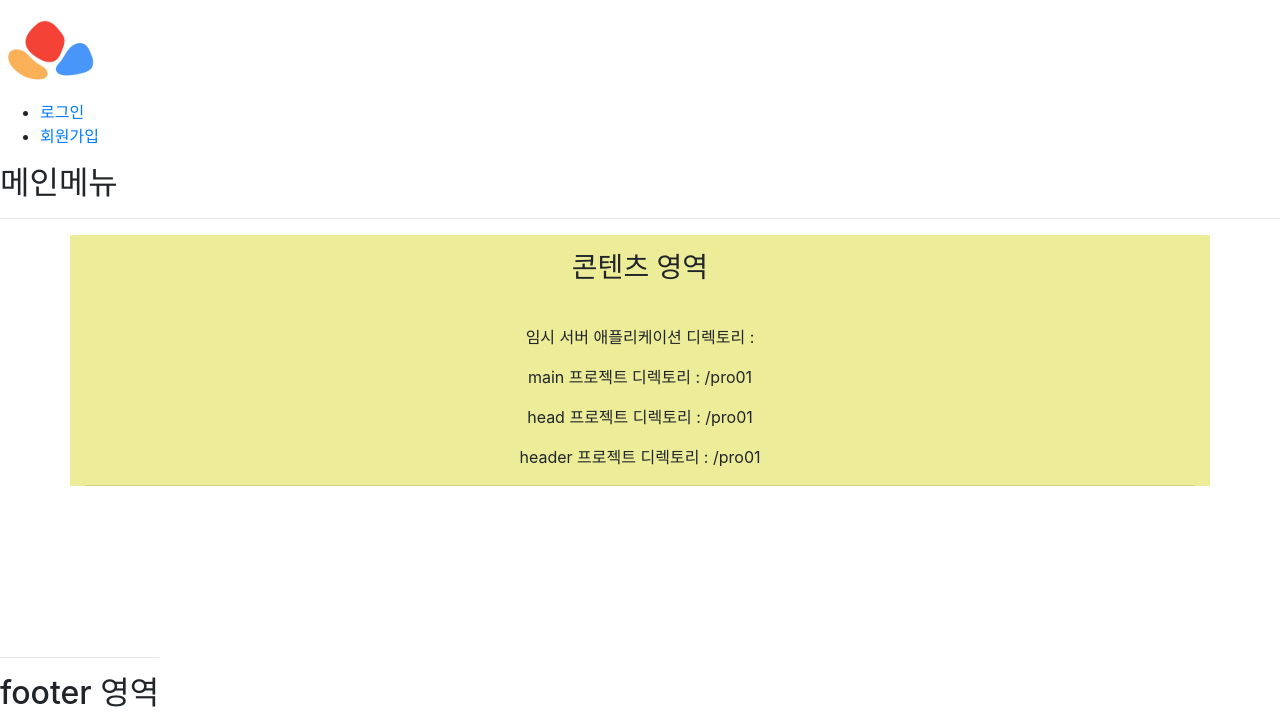
Repository: rnjsmj/pro01
Page: http://localhost/pro01/WEB-INF/index.jsp
The author's editor kept a copy of each file at every save. The page is drawn from the files as they stood at one save, then again after the next save.
The browser window is 1280 px wide. The pictures show the whole page.
The page is served by Tomcat 9. Nobody is signed in. The template is opened directly, without the code that normally fills it, so the values that code supplies are empty.

Above is the page before, as saved 2024-04-04 00:57:25.

After the next save:
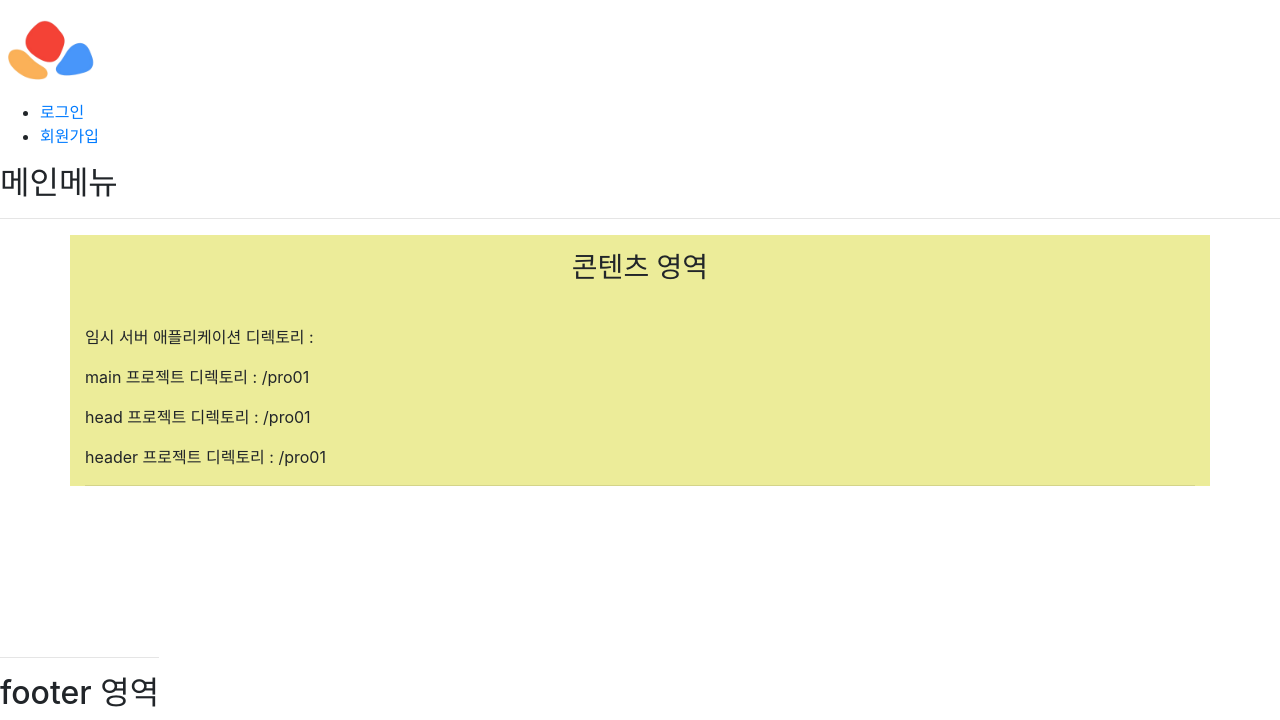
Saved 25 s later.
--- a/pro01/WebContent/WEB-INF/index.jsp
+++ b/pro01/WebContent/WEB-INF/index.jsp
@@ -10,9 +10,9 @@
 <title>${title }</title>
 <%@ include file="/head.jsp" %>
 <style>
-	.page { text-align : center;}
+	.page {}
 	.container { background-color: #ecec99; }
-	#page1 { padding : 1em;}
+	#page1 { padding : 1em; text-align : center;}
 </style>
 </head>
 <body>
